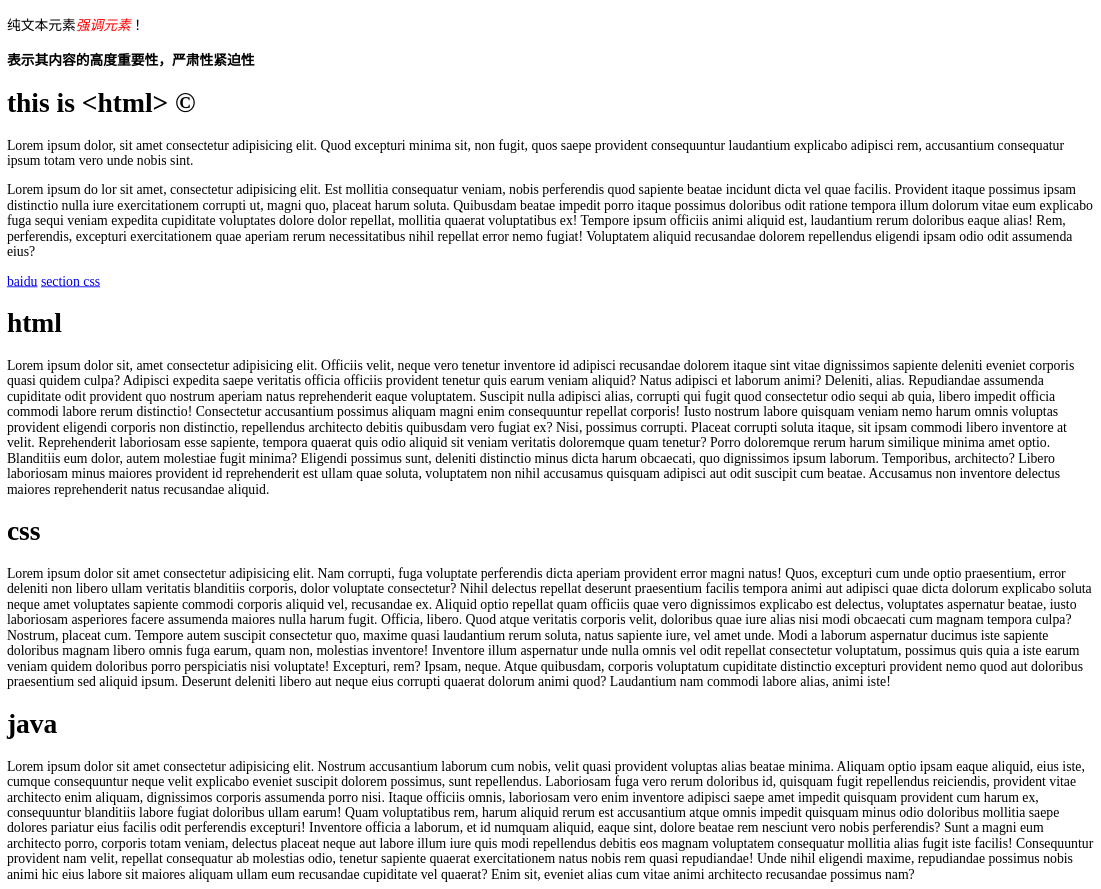
Repository: zyq1120/vscode
Page: HTML/index_01.html
The author's editor kept a copy of each file at every save. The page is drawn from the files as they stood at one save, then again after the next save.
The browser window is 1280 px wide. The pictures show the whole page, at 86% of full size.

Above is the page before, as saved 2024-09-25 22:17:32.

### HTML/index_01.html
<!DOCTYPE html>
<html lang="en">
  <head>
    <meta charset="UTF-8" />
    <meta name="viewport" content="width=device-width, initial-scale=1.0" />
    <meta name="description" content="......" />
    <meta name="keywords" content="html" />
    <title>Document</title>
    <style>
      em {
        color: red;
      }
    </style>
  </head>
  <body>
    <p>纯文本元素<em>强调元素</em>！</p>
    <p><strong>表示其内容的高度重要性，严肃性紧迫性</strong></p>
    <h1>this is &lt;html&gt; &copy;</h1>
    <p>
      Lorem ipsum dolor, sit amet consectetur adipisicing elit. Quod excepturi
      minima sit, non fugit, quos saepe provident consequuntur laudantium
      explicabo adipisci rem, accusantium consequatur ipsum totam vero unde
      nobis sint.
    </p>
    <p>
      Lorem ipsum do&nbsp;lor sit amet, consectetur adipisicing elit. Est
      mollitia consequatur veniam, nobis perferendis quod sapiente beatae
      incidunt dicta vel quae facilis. Provident itaque possimus ipsam
      distinctio nulla iure exercitationem corrupti ut, magni quo, placeat harum
      soluta. Quibusdam beatae impedit porro itaque possimus doloribus odit
      ratione tempora illum dolorum vitae eum explicabo fuga sequi veniam
      expedita cupiditate voluptates dolore dolor repellat, mollitia quaerat
      voluptatibus ex! Tempore ipsum officiis animi aliquid est, laudantium
      rerum doloribus eaque alias! Rem, perferendis, excepturi exercitationem
      quae aperiam rerum necessitatibus nihil repellat error nemo fugiat!
      Voluptatem aliquid recusandae dolorem repellendus eligendi ipsam odio odit
      assumenda eius?
    </p>

    <a href="https://www.baidu.com" download>baidu</a>
    <a href="#section_css">section css</a>

    <h1>html</h1>
    <p>
      Lorem ipsum dolor sit, amet consectetur adipisicing elit. Officiis velit,
      neque vero tenetur inventore id adipisci recusandae dolorem itaque sint
      vitae dignissimos sapiente deleniti eveniet corporis quasi quidem culpa?
      Adipisci expedita saepe veritatis officia officiis provident tenetur quis
      earum veniam aliquid? Natus adipisci et laborum animi? Deleniti, alias.
      Repudiandae assumenda cupiditate odit provident quo nostrum aperiam natus
      reprehenderit eaque voluptatem. Suscipit nulla adipisci alias, corrupti
      qui fugit quod consectetur odio sequi ab quia, libero impedit officia
      commodi labore rerum distinctio! Consectetur accusantium possimus aliquam
      magni enim consequuntur repellat corporis! Iusto nostrum labore quisquam
      veniam nemo harum omnis voluptas provident eligendi corporis non
      distinctio, repellendus architecto debitis quibusdam vero fugiat ex? Nisi,
      possimus corrupti. Placeat corrupti soluta itaque, sit ipsam commodi
      libero inventore at velit. Reprehenderit laboriosam esse sapiente, tempora
      quaerat quis odio aliquid sit veniam veritatis doloremque quam tenetur?
      Porro doloremque rerum harum similique minima amet optio. Blanditiis eum
      dolor, autem molestiae fugit minima? Eligendi possimus sunt, deleniti
      distinctio minus dicta harum obcaecati, quo dignissimos ipsum laborum.
      Temporibus, architecto? Libero laboriosam minus maiores provident id
      reprehenderit est ullam quae soluta, voluptatem non nihil accusamus
      quisquam adipisci aut odit suscipit cum beatae. Accusamus non inventore
      delectus maiores reprehenderit natus recusandae aliquid.
    </p>
    <h1 id="section_css">css</h1>
    Lorem ipsum dolor sit amet consectetur adipisicing elit. Nam corrupti, fuga
    voluptate perferendis dicta aperiam provident error magni natus! Quos,
    excepturi cum unde optio praesentium, error deleniti non libero ullam
    veritatis blanditiis corporis, dolor voluptate consectetur? Nihil delectus
    repellat deserunt praesentium facilis tempora animi aut adipisci quae dicta
    dolorum explicabo soluta neque amet voluptates sapiente commodi corporis
    aliquid vel, recusandae ex. Aliquid optio repellat quam officiis quae vero
    dignissimos explicabo est delectus, voluptates aspernatur beatae, iusto
    laboriosam asperiores facere assumenda maiores nulla harum fugit. Officia,
    libero. Quod atque veritatis corporis velit, doloribus quae iure alias nisi
    modi obcaecati cum magnam tempora culpa? Nostrum, placeat cum. Tempore autem
    suscipit consectetur quo, maxime quasi laudantium rerum soluta, natus
    sapiente iure, vel amet unde. Modi a laborum aspernatur ducimus iste
    sapiente doloribus magnam libero omnis fuga earum, quam non, molestias
    inventore! Inventore illum aspernatur unde nulla omnis vel odit repellat
    consectetur voluptatum, possimus quis quia a iste earum veniam quidem
    doloribus porro perspiciatis nisi voluptate! Excepturi, rem? Ipsam, neque.
    Atque quibusdam, corporis voluptatum cupiditate distinctio excepturi
    provident nemo quod aut doloribus praesentium sed aliquid ipsum. Deserunt
    deleniti libero aut neque eius corrupti quaerat dolorum animi quod?
    Laudantium nam commodi labore alias, animi iste!
    <h1>java</h1>
    Lorem ipsum dolor sit amet consectetur adipisicing elit. Nostrum accusantium
    laborum cum nobis, velit quasi provident voluptas alias beatae minima.
    Aliquam optio ipsam eaque aliquid, eius iste, cumque consequuntur neque
    velit explicabo eveniet suscipit dolorem possimus, sunt repellendus.
    Laboriosam fuga vero rerum doloribus id, quisquam fugit repellendus
    reiciendis, provident vitae architecto enim aliquam, dignissimos corporis
    assumenda porro nisi. Itaque officiis omnis, laboriosam vero enim inventore
    adipisci saepe amet impedit quisquam provident cum harum ex, consequuntur
    blanditiis labore fugiat doloribus ullam earum! Quam voluptatibus rem, harum
    aliquid rerum est accusantium atque omnis impedit quisquam minus odio
    doloribus mollitia saepe dolores pariatur eius facilis odit perferendis
    excepturi! Inventore officia a laborum, et id numquam aliquid, eaque sint,
    dolore beatae rem nesciunt vero nobis perferendis? Sunt a magni eum
    architecto porro, corporis totam veniam, delectus placeat neque aut labore
    illum iure quis modi repellendus debitis eos magnam voluptatem consequatur
    mollitia alias fugit iste facilis! Consequuntur provident nam velit,
    repellat consequatur ab molestias odio, tenetur sapiente quaerat
    exercitationem natus nobis rem quasi repudiandae! Unde nihil eligendi
    maxime, repudiandae possimus nobis animi hic eius labore sit maiores aliquam
    ullam eum recusandae cupiditate vel quaerat? Enim sit, eveniet alias cum
    vitae animi architecto recusandae possimus nam?
  </body>
</html>

After the next save:
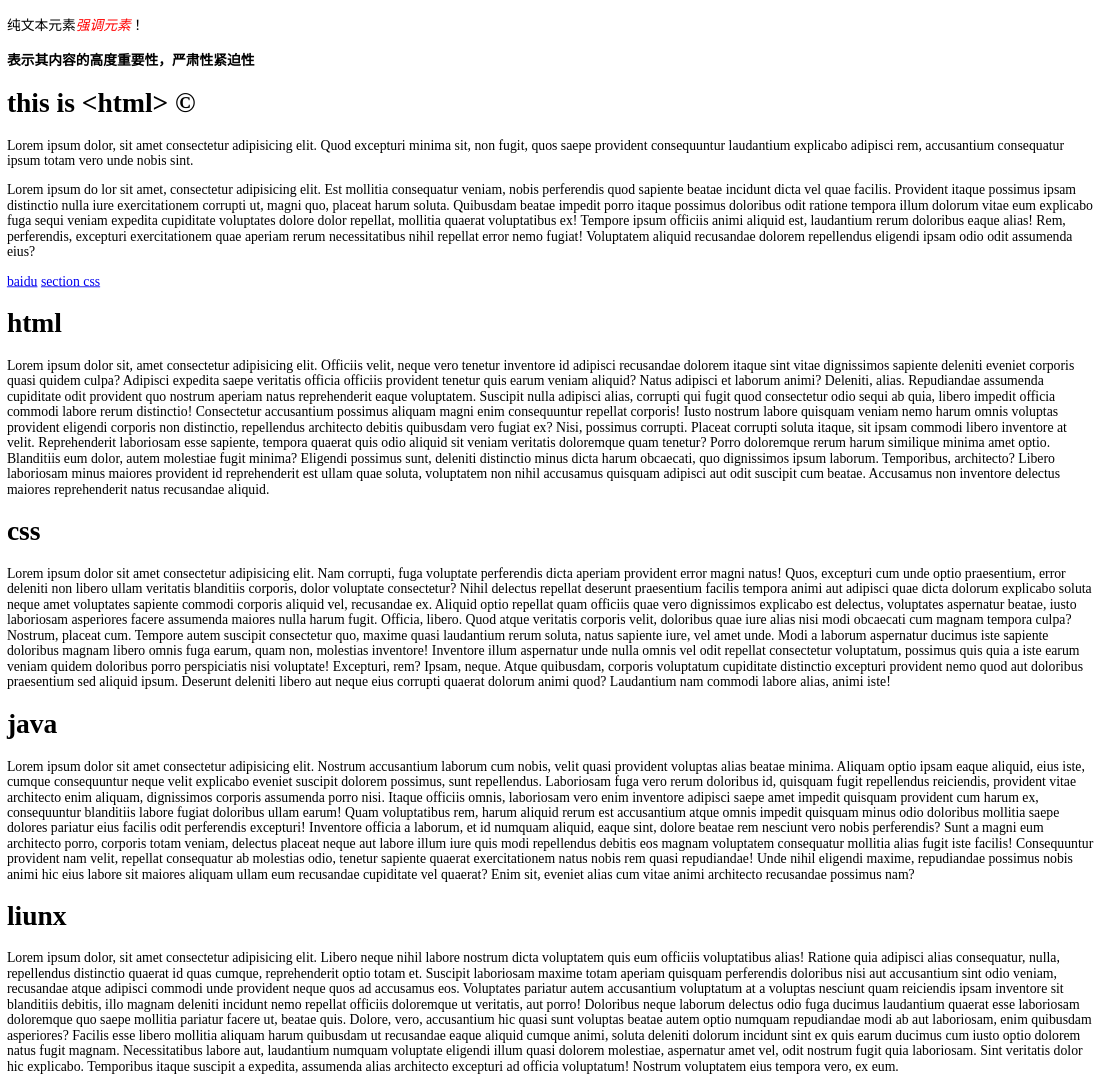
Saved 50 s later.
--- a/HTML/index_01.html
+++ b/HTML/index_01.html
@@ -110,4 +110,25 @@
     ullam eum recusandae cupiditate vel quaerat? Enim sit, eveniet alias cum
     vitae animi architecto recusandae possimus nam?
   </body>
+  <h1>liunx</h1>
+  Lorem ipsum dolor, sit amet consectetur adipisicing elit. Libero neque nihil
+  labore nostrum dicta voluptatem quis eum officiis voluptatibus alias! Ratione
+  quia adipisci alias consequatur, nulla, repellendus distinctio quaerat id quas
+  cumque, reprehenderit optio totam et. Suscipit laboriosam maxime totam aperiam
+  quisquam perferendis doloribus nisi aut accusantium sint odio veniam,
+  recusandae atque adipisci commodi unde provident neque quos ad accusamus eos.
+  Voluptates pariatur autem accusantium voluptatum at a voluptas nesciunt quam
+  reiciendis ipsam inventore sit blanditiis debitis, illo magnam deleniti
+  incidunt nemo repellat officiis doloremque ut veritatis, aut porro! Doloribus
+  neque laborum delectus odio fuga ducimus laudantium quaerat esse laboriosam
+  doloremque quo saepe mollitia pariatur facere ut, beatae quis. Dolore, vero,
+  accusantium hic quasi sunt voluptas beatae autem optio numquam repudiandae
+  modi ab aut laboriosam, enim quibusdam asperiores? Facilis esse libero
+  mollitia aliquam harum quibusdam ut recusandae eaque aliquid cumque animi,
+  soluta deleniti dolorum incidunt sint ex quis earum ducimus cum iusto optio
+  dolorem natus fugit magnam. Necessitatibus labore aut, laudantium numquam
+  voluptate eligendi illum quasi dolorem molestiae, aspernatur amet vel, odit
+  nostrum fugit quia laboriosam. Sint veritatis dolor hic explicabo. Temporibus
+  itaque suscipit a expedita, assumenda alias architecto excepturi ad officia
+  voluptatum! Nostrum voluptatem eius tempora vero, ex eum.
 </html>
